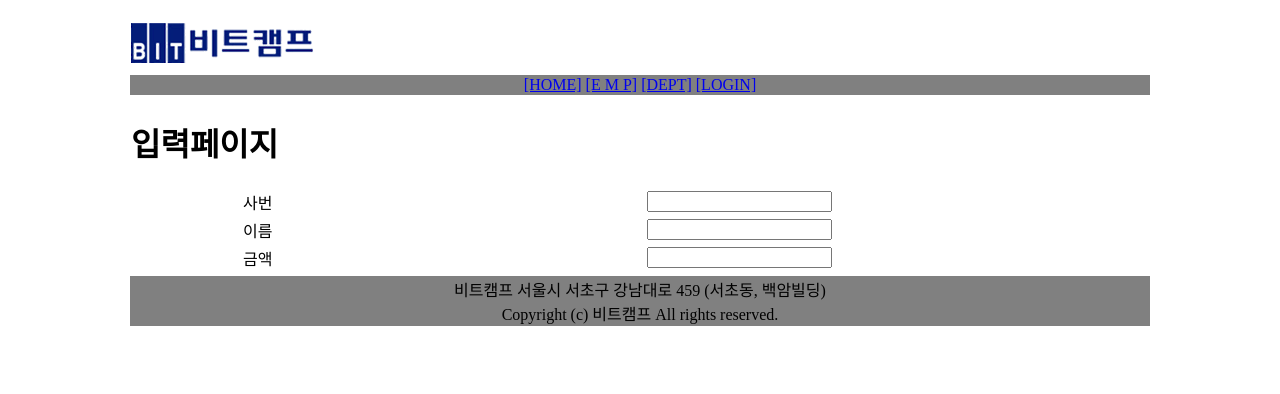
Repository: kwakjaeyeon/webWorkspace
Page: http://localhost/web06/add.jsp
These files come from the project's save history. The page is drawn as it stood at one moment and after the next save; the edit follows.
The browser window is 1280 px wide. The pictures show the whole page.
The page is served by Tomcat 9.

Above is the page before, as saved 2020-07-06 08:39:08.

### web06/WebContent/add.jsp
<%@ page language="java" contentType="text/html; charset=EUC-KR"
    pageEncoding="EUC-KR"%>
<!DOCTYPE html PUBLIC "-//W3C//DTD HTML 4.01 Transitional//EN" "http://www.w3.org/TR/html4/loose.dtd">
<html>
<head>
<meta http-equiv="Content-Type" content="text/html; charset=EUC-KR">
<title>Insert title here</title>
</head>

<body>
	<table width = "1024" align = "center">
		<tr>
			<td>
				<img alt = "" src = "img/logo.png">
			</td>
		</tr>
		<tr>
			<td bgcolor = "gray" align = "center">
				<a href = "./index.jsp">[HOME]</a>
				<a href = "./list.jsp">[E M P]</a>
				<a href = "#">[DEPT]</a>
				<a href = "#">[LOGIN]</a>
			</td>
		</tr>
		<tr>
			<td>
			<!-- center start -->
			<%
			if("POST".equals(request.getMethod())) {
				request.setCharacterEncoding("ecu-kr");
				int sabun = Integer.parseInt(request.getParameter("sabun"));
				String name = request.getParameter("name");
				int pay = Integer.parseInt(request.getParameter("pay"));

				com.bit.emp.Emp02Insert emp = new com.bit.emp.Emp02Insert();
				emp.insert(sabun, name, pay);
				response.sendRedirect("list.jsp");
				return;
			}
			%>


				<h1>입력페이지</h1>
				<form action = "add.jsp" method = "post">
					<table width = "800" align = "center">
						<tr>
							<td width = "400">사번</td>
							<td><input type = "text" name = "sabun"></td>
						</tr>
						<tr>
							<td width = "400">이름</td>
							<td><input type = "text" name = "name"></td>
						</tr>
						<tr>
							<td width = "400">금액</td>
							<td><input type = "text" name = "pay"></td>
						</tr>
					</table>
				</form>
			<!-- center end -->
			</td>
		</tr>
		<tr>
			<td bgcolor = "gray" align = "center">
			비트캠프 서울시 서초구 강남대로 459 (서초동, 백암빌딩)<br>
			Copyright (c) 비트캠프 All rights reserved.<br>
			</td>
		</tr>

	</table>

</body>
</html>

After the next save:
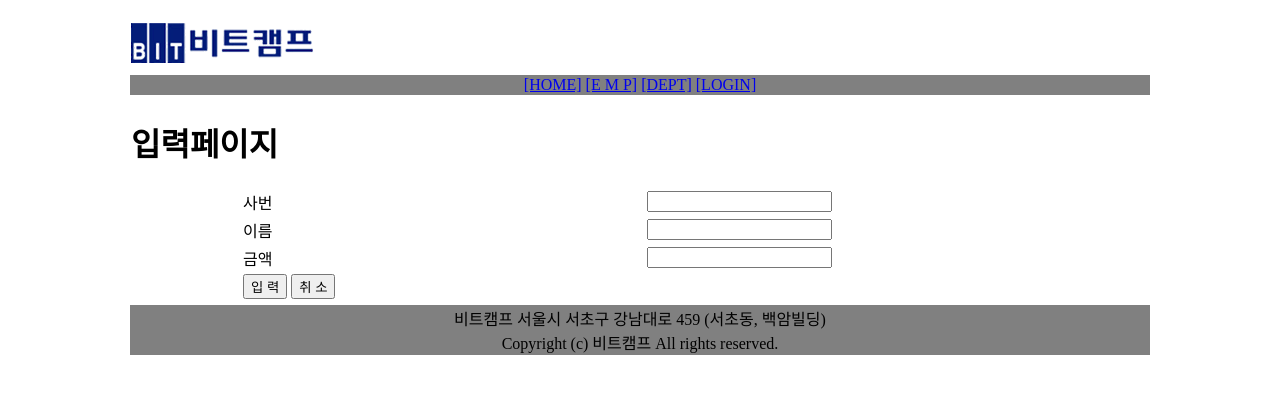
Saved 2 min 7 s later.
--- a/web06/WebContent/add.jsp
+++ b/web06/WebContent/add.jsp
@@ -55,6 +55,12 @@
 							<td width = "400">금액</td>
 							<td><input type = "text" name = "pay"></td>
 						</tr>
+						<tr>
+								<td colspan="2">
+									<input type="submit" value="입 력">
+									<input type="reset" value="취 소">
+								</td>
+							</tr>
 					</table>
 				</form>
 			<!-- center end -->
